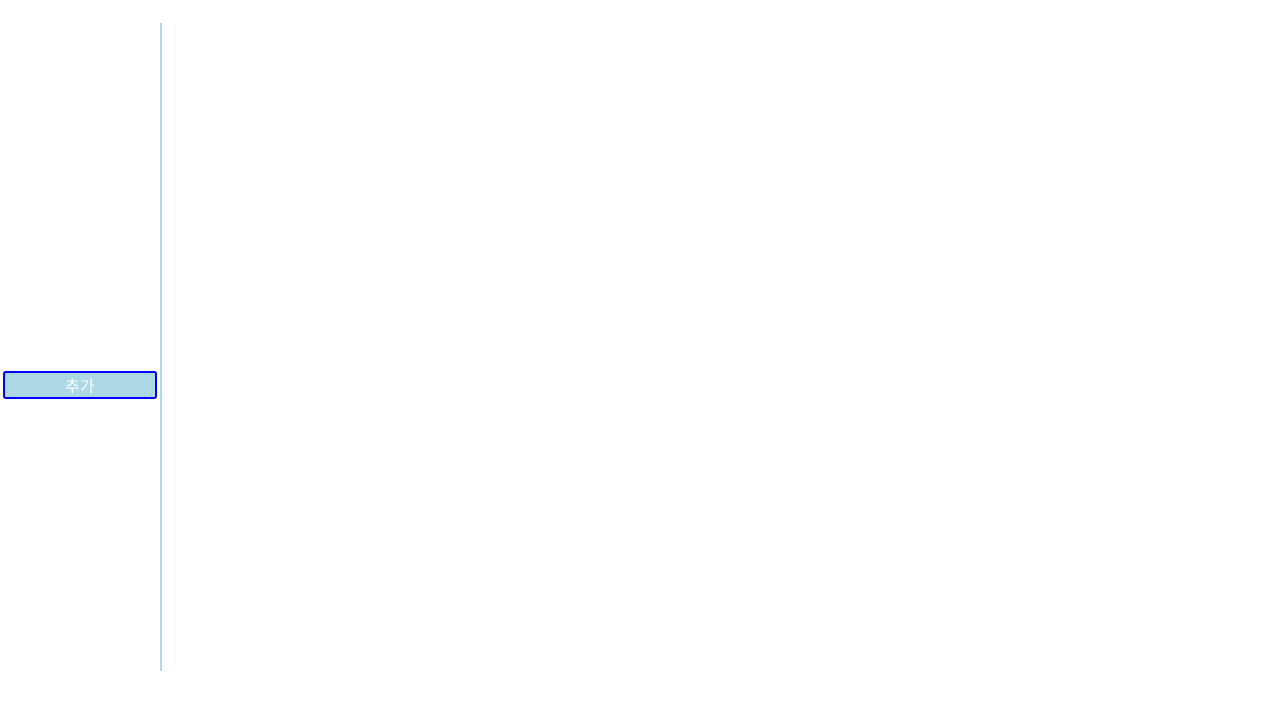
Repository: kKn00077/IOUSOFT
Page: http://localhost/Q2/bookmark.jsp
An editor plug-in stored every save of this project. The page is shown before and after the next save, followed by the edit.
The browser window is 1280 px wide. The pictures show the whole page.
The page is served by Tomcat 9. Queries for data that is not in the repository find no rows.

Above is the page before, as saved 2018-11-22 10:31:14.

### Q2/WebContent/bookmark.jsp
<%@page import="Connection.Mysql.MysqlConnectJDBC.MySQLConnection"%>
<%@page import="java.sql.ResultSet"%>
<%@page import="java.sql.PreparedStatement"%>
<%@page import="java.sql.Connection"%>

<%@ page language="java" contentType="text/html; charset=UTF-8"
    pageEncoding="UTF-8"%>

<!DOCTYPE html PUBLIC "-//W3C//DTD HTML 4.01 Transitional//EN" "http://www.w3.org/TR/html4/loose.dtd">
<html>
<head>
<meta http-equiv="Content-Type" content="text/html; charset=UTF-8">
<title>북마크 사이트</title>
<link rel= "stylesheet" type="text/css" href="but.css">
<style>
	body{
		margin:0;
		padding:0;
	}

	#my-iframe{
		display:block;
		border:none;
		border-left:2px solid lightblue;
		height:90vh;
		width:70%;
		margin-top:20px;
		margin-bottom:20px;
	}

	table{
		width:100%;
	}


	table tr td{
		text-align:center;
	}

	ul, ul li{
		padding:10px;
		margin:10px;
	}
</style>

</head>
<body>

<table>
<tr>

<td>
<ul>

<%



Connection conn=null;
PreparedStatement pstmt=null;
ResultSet rs=null;
conn=MySQLConnection.GetMySQLConnection();

request.setCharacterEncoding("utf-8");

String sql="select * from bookmark";
pstmt=conn.prepareStatement(sql);

rs=pstmt.executeQuery();


while(rs.next()){
	int num=rs.getInt(1);
	String getName=rs.getString(2);
	String getURL=rs.getString(3);
	response.addHeader("X-Frame-Options", "ALLOW-FROM "+getURL);
	%>

	<li><a href="<%=getURL%>" target="view"><%=getName%></a> <a href="delete.jsp?num=<%=num%>" style="color:black" target="view">[삭제]</a></li>
<%
}

MySQLConnection.close(conn);
MySQLConnection.close(pstmt);
MySQLConnection.close(rs);
%>

</ul>

<br><br><a href="add.jsp" id="add_but" style="width:98%" target="view">추가</a>

</td>

<td>
<iframe id="my-iframe" name="view" style="width:100%;" scrolling="yes"/>
</td>

</tr>

</table>

</body>
</html>

### Q2/src/Connection/Mysql/MysqlConnectJDBC/MySQLConnection.java
package Connection.Mysql.MysqlConnectJDBC;

import java.sql.Connection;
import java.sql.DriverManager;
import java.sql.PreparedStatement;
import java.sql.ResultSet;
import java.sql.SQLException;
import java.sql.Statement;

public class MySQLConnection {
public static Connection GetMySQLConnection() {

		Connection conn=null;

		try{
			 String jdbcDriver = "jdbc:mysql://localhost:3306/mysql?useUnicode=true&characterEncoding=utf8&verifyServerCertificate=false&useSSL=false&serverTimezone=UTC";
			 String dbUser = "root";
			 String dbPass = "1234";
			 System.out.println("잘옴");
			 Class.forName("com.mysql.cj.jdbc.Driver");

			 System.out.println("클래스찾음");
			 conn = DriverManager.getConnection(jdbcDriver, dbUser, dbPass);
			 System.out.println("연결됨");


		}catch(ClassNotFoundException e) {
			System.out.println("드라이버가 없음");
		}catch(SQLException e){
			e.printStackTrace();
			System.out.println("사용자 계정 혹은 비번 불일치");
		}catch(Exception e) {
			e.printStackTrace();
		}

		return conn;
	}

	public static void close(Connection conn) {
		try{if(conn!=null) {conn.close();}}catch(Exception e) {e.printStackTrace();}
	}

	public static void close(Statement stmt) {
		try{if(stmt!=null) {stmt.close();}}catch(Exception e) {e.printStackTrace();}
	}

	public static void close(PreparedStatement pstmt) {
		try{if(pstmt!=null) {pstmt.close();}}catch(Exception e) {e.printStackTrace();}
	}

	public static void close(ResultSet rs) {
		try{if(rs!=null) {rs.close();}}catch(Exception e) {e.printStackTrace();}
	}
}

### Q2/WebContent/but.css
@charset "UTF-8";

#add_but{
		border:2px solid blue;
		border-radius: 3px;
		background-color:lightblue;
		color:white;
		text-decoration: none;
		display:block;
}

After the next save:
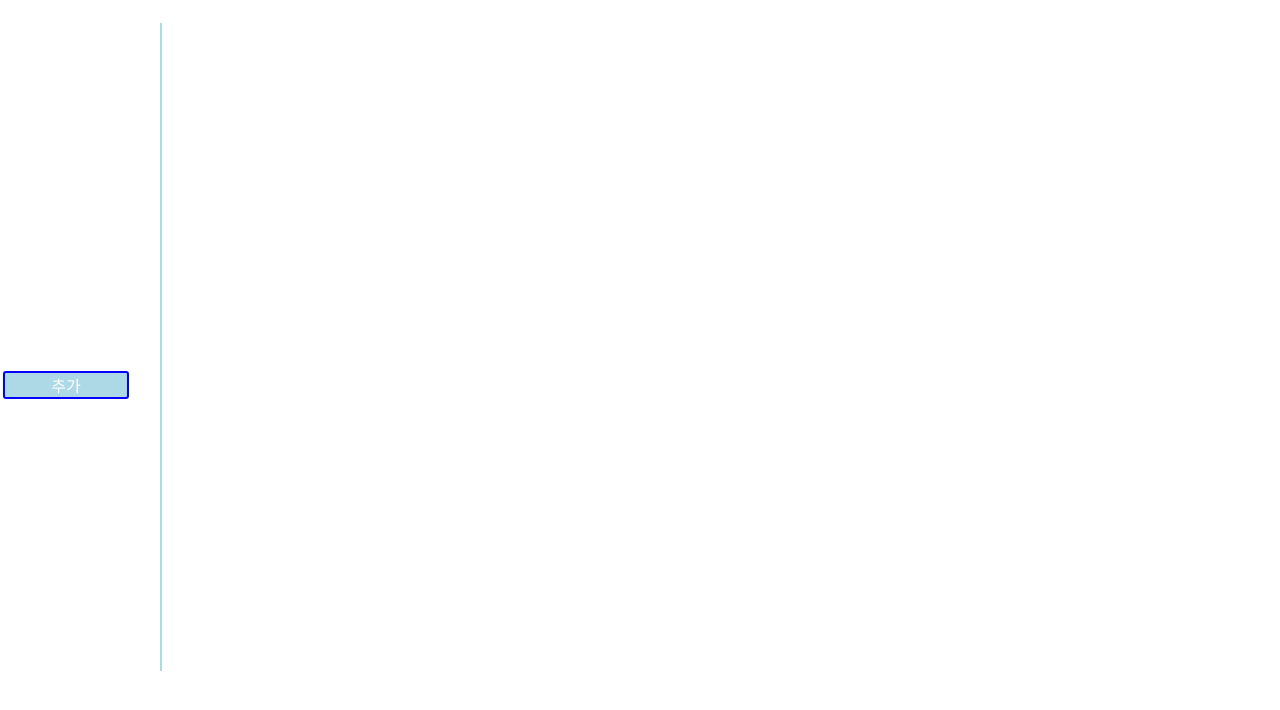
Saved 25 s later.
--- a/Q2/WebContent/bookmark.jsp
+++ b/Q2/WebContent/bookmark.jsp
@@ -87,7 +87,7 @@ MySQLConnection.close(rs);
 
 </ul>
 
-<br><br><a href="add.jsp" id="add_but" style="width:98%" target="view">추가</a>
+<br><br><a href="add.jsp" id="add_but" style="width:80%" target="view">추가</a>
 
 </td>
 
